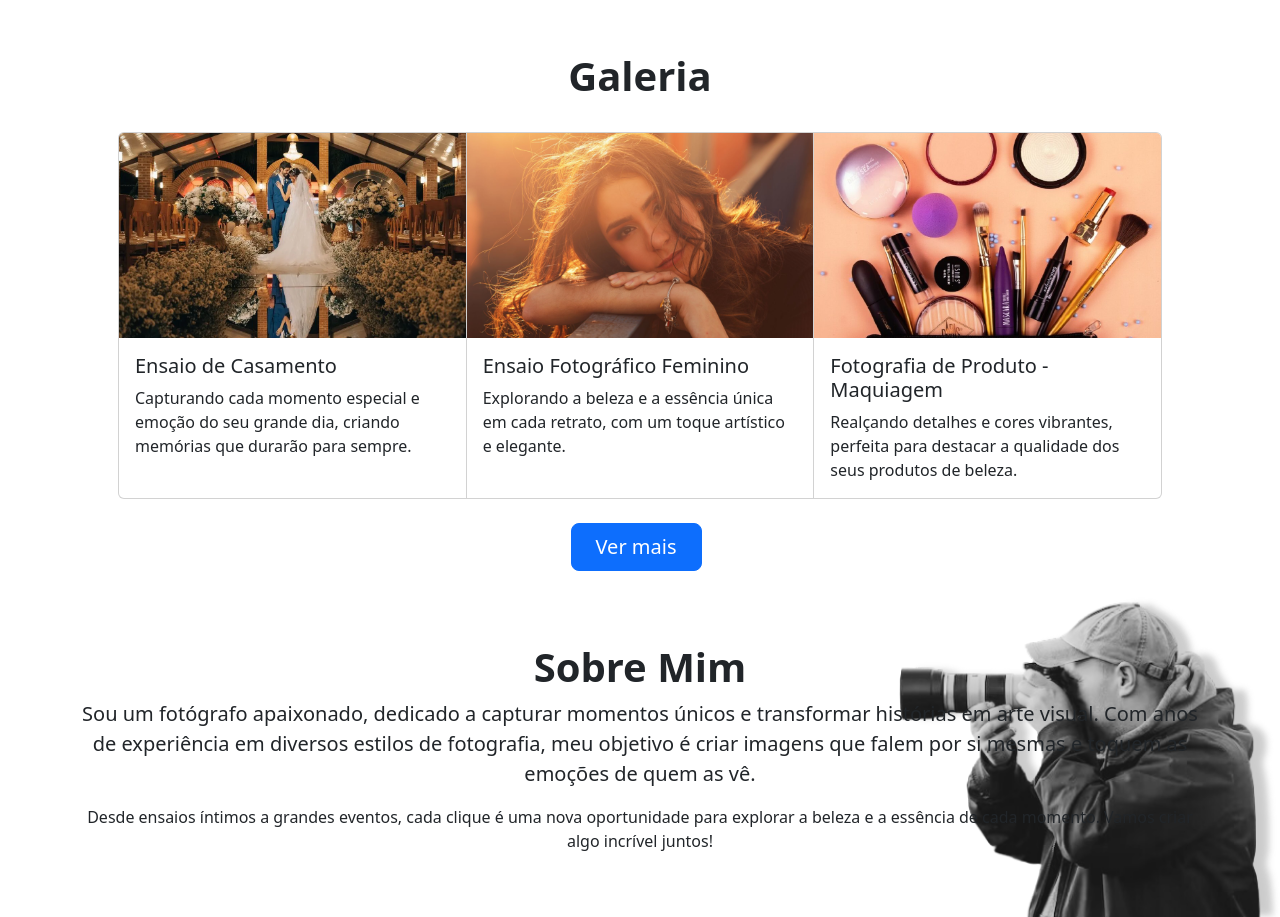
Repository: Marinalr-25/portifolio-fotografia
Page: index.html
The author's editor kept a copy of each file at every save. The page is drawn from the files as they stood at one save, then again after the next save.
The browser window is 1280 px wide. The pictures show the part of the page from y = 556 to 1473 px (the page is 1473 px tall).
A picture or video elsewhere on the page could not be fetched, so the positions and the page height are approximate.

Above is the page before, as saved 2025-01-19 17:47:09.

### index.html
<!DOCTYPE html>
<html lang="pt-BR" data-bs-theme="dark">
  <head>
    <meta charset="utf-8" />
    <meta name="viewport" content="width=device-width, initial-scale=1" />
    <title>Portifolio Fotográfia</title>
    <link
      href="https://cdn.jsdelivr.net/npm/bootstrap@5.3.3/dist/css/bootstrap.min.css"
      rel="stylesheet"
      integrity="sha384-QWTKZyjpPEjISv5WaRU9OFeRpok6YctnYmDr5pNlyT2bRjXh0JMhjY6hW+ALEwIH"
      crossorigin="anonymous"
    />
    <!-- Bootstrap Icons -->
    <link
      href="https://cdn.jsdelivr.net/npm/bootstrap-icons/font/bootstrap-icons.css"
      rel="stylesheet"
    />
    <link rel="stylesheet" href="css/style.css" />
  </head>
  <body>
    <!-- Header -->
    <div class="container">
      <header
        class="d-flex flex-wrap justify-content-center py-3 mb-4 border-bottom fixed-top header header-light"
      >
        <a
          href="/"
          class="d-flex align-items-center mb-3 mb-md-0 me-md-auto link-body-emphasis text-decoration-none"
        >
          <svg class="bi me-2" width="40" height="32">
            <use xlink:href="#bootstrap" />
          </svg>
          <span class="fs-4">Fotográfo Bootstrap</span>
        </a>

        <ul class="nav nav-pills">
          <li class="nav-item">
            <a href="#home" class="nav-link active" aria-current="page">Home</a>
          </li>
          <li class="nav-item">
            <a href="#galeria" class="nav-link">Galeria</a>
          </li>
          <li class="nav-item">
            <a href="#sobre" class="nav-link">Sobre mim</a>
          </li>
          <li class="nav-item">
            <a href="#servicos" class="nav-link">Serviços</a>
          </li>
          <li class="nav-item">
            <a href="#contato" class="nav-link">Contato</a>
          </li>
          <button id="toggleThemeBtn" class="btn btn-light">
            <i id="themeIcon" class="bi bi-brightness-high"></i>
          </button>
        </ul>
      </header>
    </div>

    <!-- Hero -->
    <div id="home" class="container col-xxl-8 px-4 py-5">
      <div class="row flex-lg-row-reverse align-items-center g-5 py-5">
        <div class="col-10 col-sm-8 col-lg-6">
          <img
            src="src/fotografiaHero.jpg"
            class="d-block mx-lg-auto img-fluid img-hero"
            alt="Bootstrap Themes"
            width="700"
            height="500"
            loading="lazy"
          />
        </div>
        <div class="col-lg-6">
          <h1 class="fw-bold text-body-emphasis lh-1 mb-3">
            Capturando Momentos, Criando Memórias
          </h1>
          <p class="lead">
            Com uma abordagem única e criativa, busco capturar a essência de
            cada cena e emoção. Meu trabalho é uma mistura de técnica, paixão e
            sensibilidade. Através da minha lente, tento criar imagens que falam
            por si mesmas.
          </p>
          <div class="d-grid gap-2 d-md-flex justify-content-md-start">
            <button type="button" class="btn btn-primary btn-lg px-4 me-md-2">
              Veja meu trabalho
            </button>
            <button type="button" class="btn btn-outline-secondary btn-lg px-4">
              Entre em Contato
            </button>
          </div>
        </div>
      </div>
    </div>

    <!-- Galeria -->
    <div
      id="galeria"
      class="container card-group p-4 d-flex justify-content-center"
    >
      <h1 class="fw-bold">Galeria</h1>
      <div class="card-group p-4">
        <div class="card">
          <img
            src="src/casamento.webp"
            class="card-img-top"
            alt="ensaio fotografico de casamento"
          />
          <div class="card-body">
            <h5 class="card-title">Ensaio de Casamento</h5>
            <p class="card-text">
              Capturando cada momento especial e emoção do seu grande dia,
              criando memórias que durarão para sempre.
            </p>
          </div>
        </div>
        <div class="card">
          <img
            src="src/ensaiofotografico.jpeg"
            class="card-img-top"
            alt="ensaio fotografico de uma mulher"
          />
          <div class="card-body">
            <h5 class="card-title">Ensaio Fotográfico Feminino</h5>
            <p class="card-text">
              Explorando a beleza e a essência única em cada retrato, com um
              toque artístico e elegante.
            </p>
          </div>
        </div>
        <div class="card">
          <img
            src="src/maquiagem.jpg"
            class="card-img-top"
            alt="ensaio fotografico de produto (maquiagem)"
          />
          <div class="card-body">
            <h5 class="card-title">Fotografia de Produto - Maquiagem</h5>
            <p class="card-text">
              Realçando detalhes e cores vibrantes, perfeita para destacar a
              qualidade dos seus produtos de beleza.
            </p>
          </div>
        </div>
      </div>
      <button type="button" class="btn btn-primary btn-lg px-4 me-md-2">
        Ver mais
      </button>
    </div>

    <!-- Sobre mim -->
    <div class="fotografo">
      <div id="sobre" class="container py-5">
        <div class="row justify-content-center">
          <div class="container text-center">
            <h1 class="fw-bold">Sobre Mim</h1>
            <p class="lead">
              Sou um fotógrafo apaixonado, dedicado a capturar momentos únicos e
              transformar histórias em arte visual. Com anos de experiência em
              diversos estilos de fotografia, meu objetivo é criar imagens que
              falem por si mesmas e toquem as emoções de quem as vê.
            </p>
            <p>
              Desde ensaios íntimos a grandes eventos, cada clique é uma nova
              oportunidade para explorar a beleza e a essência de cada momento.
              Vamos criar algo incrível juntos!
            </p>
          </div>
        </div>
      </div>
    </div>

    <script
      src="https://cdn.jsdelivr.net/npm/@popperjs/core@2.11.8/dist/umd/popper.min.js"
      integrity="sha384-I7E8VVD/ismYTF4hNIPjVp/Zjvgyol6VFvRkX/vR+Vc4jQkC+hVqc2pM8ODewa9r"
      crossorigin="anonymous"
    ></script>
    <script
      src="https://cdn.jsdelivr.net/npm/bootstrap@5.3.3/dist/js/bootstrap.min.js"
      integrity="sha384-0pUGZvbkm6XF6gxjEnlmuGrJXVbNuzT9qBBavbLwCsOGabYfZo0T0to5eqruptLy"
      crossorigin="anonymous"
    ></script>
    <script src="js/script.js"></script>
  </body>
</html>

### css/style.css
/* Style Bootstrap */

.bd-placeholder-img {
  font-size: 1.125rem;
  text-anchor: middle;
  -webkit-user-select: none;
  -moz-user-select: none;
  user-select: none;
}

@media (min-width: 768px) {
  .bd-placeholder-img-lg {
    font-size: 3.5rem;
  }
}

.b-example-divider {
  width: 100%;
  height: 3rem;
  background-color: rgba(0, 0, 0, 0.1);
  border: solid rgba(0, 0, 0, 0.15);
  border-width: 1px 0;
  box-shadow: inset 0 0.5em 1.5em rgba(0, 0, 0, 0.1),
    inset 0 0.125em 0.5em rgba(0, 0, 0, 0.15);
}

.b-example-vr {
  flex-shrink: 0;
  width: 1.5rem;
  height: 100vh;
}

.bi {
  vertical-align: -0.125em;
  fill: currentColor;
}

.nav-scroller {
  position: relative;
  z-index: 2;
  height: 2.75rem;
  overflow-y: hidden;
}

.nav-scroller .nav {
  display: flex;
  flex-wrap: nowrap;
  padding-bottom: 1rem;
  margin-top: -1px;
  overflow-x: auto;
  text-align: center;
  white-space: nowrap;
  -webkit-overflow-scrolling: touch;
}

.btn-bd-primary {
  --bd-violet-bg: #712cf9;
  --bd-violet-rgb: 112.520718, 44.062154, 249.437846;

  --bs-btn-font-weight: 600;
  --bs-btn-color: var(--bs-white);
  --bs-btn-bg: var(--bd-violet-bg);
  --bs-btn-border-color: var(--bd-violet-bg);
  --bs-btn-hover-color: var(--bs-white);
  --bs-btn-hover-bg: #6528e0;
  --bs-btn-hover-border-color: #6528e0;
  --bs-btn-focus-shadow-rgb: var(--bd-violet-rgb);
  --bs-btn-active-color: var(--bs-btn-hover-color);
  --bs-btn-active-bg: #5a23c8;
  --bs-btn-active-border-color: #5a23c8;
}

.bd-mode-toggle {
  z-index: 1500;
}

.bd-mode-toggle .dropdown-menu .active .bi {
  display: block !important;
}

/* CSS próprio */

/* Header */
.header-light {
  background-color: #fff;
  color: #000;
}

.header-dark {
  background-color: #212529;
  color: #fff;
}

/* Hero */
.img-hero {
  width: 1000px;
}

/* Galeria */
.card-img-top {
  width: 100%;
  height: 205px;
  object-fit: cover;
}

/* sobre mim */
.fotografo {
  background-image: url(/src/fotografosombracortada.png);
  background-position: right;
  background-repeat: no-repeat;
  background-size: contain;
  z-index: -1;
}

### js/script.js
const toggleThemeBtn = document.getElementById('toggleThemeBtn');
const themeIcon = document.getElementById('themeIcon');
const header = document.querySelector('.header');
const body = document.body;

// Função para definir o ícone, tema e a classe do botão ao carregar a página
function setInitialTheme() {
  if (body.getAttribute('data-bs-theme') === 'dark') {
    themeIcon.classList.remove('bi-brightness-high');
    themeIcon.classList.add('bi-moon-stars-fill');
    toggleThemeBtn.classList.remove('btn-light');
    toggleThemeBtn.classList.add('btn-dark');
  } else {
    body.setAttribute('data-bs-theme', 'light');
    themeIcon.classList.remove('bi-moon-stars-fill');
    themeIcon.classList.add('bi-brightness-high');
    toggleThemeBtn.classList.remove('btn-dark');
    toggleThemeBtn.classList.add('btn-light');
  }
}

// Definir o tema inicial ao carregar
setInitialTheme();

toggleThemeBtn.addEventListener('click', () => {
  if (body.getAttribute('data-bs-theme') === 'dark') {
    body.setAttribute('data-bs-theme', 'light');
    themeIcon.classList.remove('bi-moon-stars-fill');
    themeIcon.classList.add('bi-brightness-high');
    header.classList.remove('header-dark');
    header.classList.add('header-light');
    toggleThemeBtn.classList.remove('btn-dark');
    toggleThemeBtn.classList.add('btn-light');
  } else {
    body.setAttribute('data-bs-theme', 'dark');
    themeIcon.classList.remove('bi-brightness-high');
    themeIcon.classList.add('bi-moon-stars-fill');
    header.classList.remove('header-light');
    header.classList.add('header-dark');
    toggleThemeBtn.classList.remove('btn-light');
    toggleThemeBtn.classList.add('btn-dark');
  }
});

After the next save:
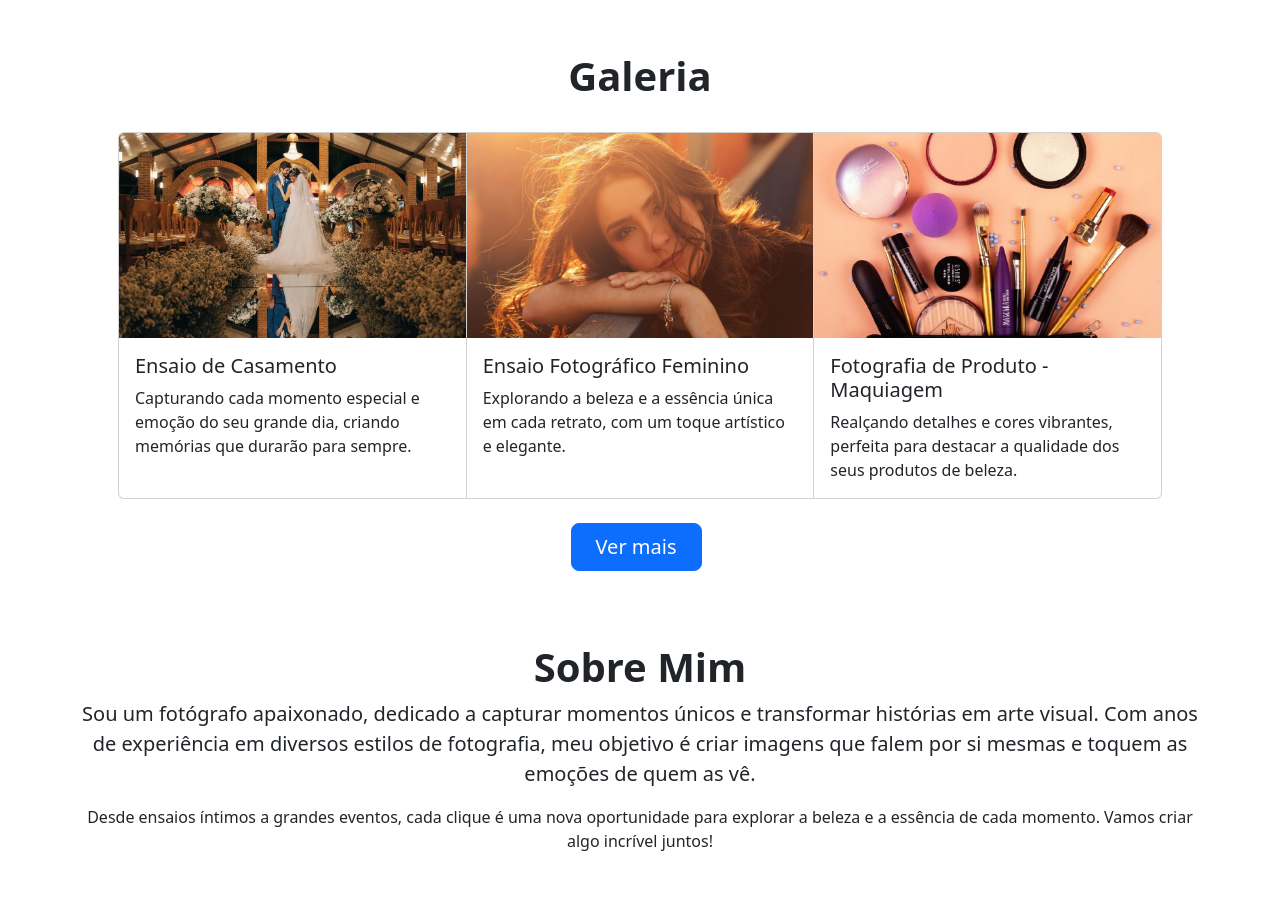
Saved 18 s later.
--- a/index.html
+++ b/index.html
@@ -147,23 +147,21 @@
     </div>
 
     <!-- Sobre mim -->
-    <div class="fotografo">
-      <div id="sobre" class="container py-5">
-        <div class="row justify-content-center">
-          <div class="container text-center">
-            <h1 class="fw-bold">Sobre Mim</h1>
-            <p class="lead">
-              Sou um fotógrafo apaixonado, dedicado a capturar momentos únicos e
-              transformar histórias em arte visual. Com anos de experiência em
-              diversos estilos de fotografia, meu objetivo é criar imagens que
-              falem por si mesmas e toquem as emoções de quem as vê.
-            </p>
-            <p>
-              Desde ensaios íntimos a grandes eventos, cada clique é uma nova
-              oportunidade para explorar a beleza e a essência de cada momento.
-              Vamos criar algo incrível juntos!
-            </p>
-          </div>
+    <div id="sobre" class="container py-5">
+      <div class="row justify-content-center">
+        <div class="container text-center">
+          <h1 class="fw-bold">Sobre Mim</h1>
+          <p class="lead">
+            Sou um fotógrafo apaixonado, dedicado a capturar momentos únicos e
+            transformar histórias em arte visual. Com anos de experiência em
+            diversos estilos de fotografia, meu objetivo é criar imagens que
+            falem por si mesmas e toquem as emoções de quem as vê.
+          </p>
+          <p>
+            Desde ensaios íntimos a grandes eventos, cada clique é uma nova
+            oportunidade para explorar a beleza e a essência de cada momento.
+            Vamos criar algo incrível juntos!
+          </p>
         </div>
       </div>
     </div>
